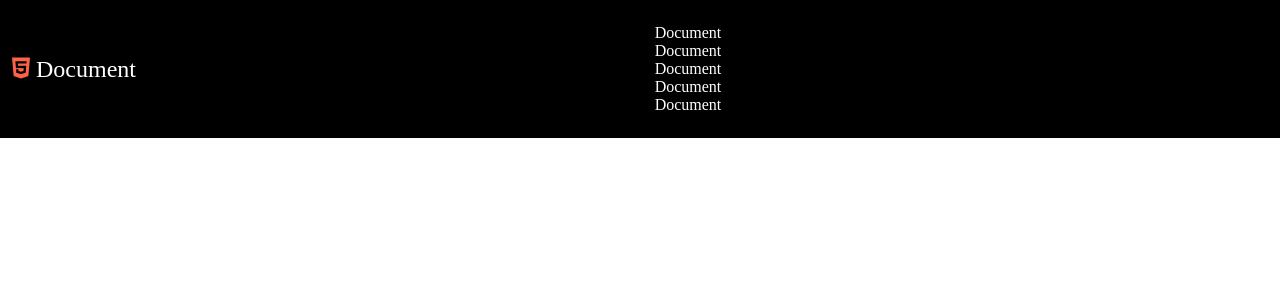
Repository: GoodHoneyCake/Dream_Coding_Academy2
Page: index.html
These files come from the project's save history. The page is drawn as it stood at one moment and after the next save; the edit follows.
The browser window is 1280 px wide. The pictures show the whole page.
Some web libraries are served in a nearby version.

Above is the page before, as saved 2021-01-07 16:28:16.

After the next save:
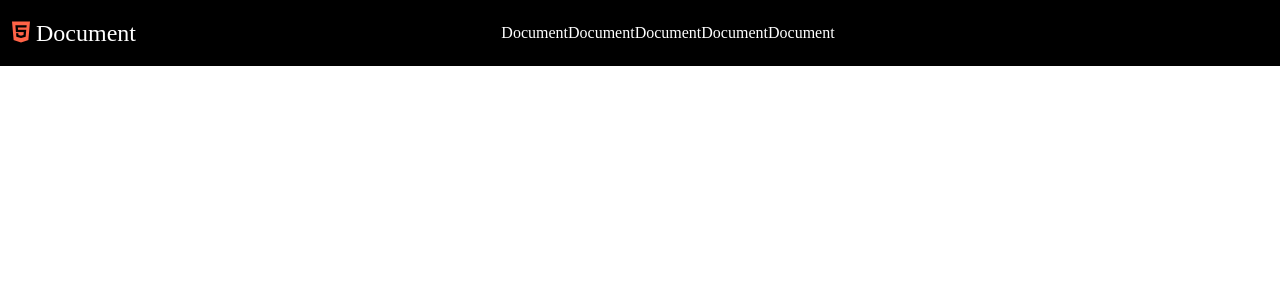
Saved 18 s later.
--- a/style.css
+++ b/style.css
@@ -24,7 +24,8 @@
   color: tomato;
 }
 
-.navbar__menu {
+.navbar__mene {
   display: flex;
   list-style: none;
+  padding-left: 0;
 }
